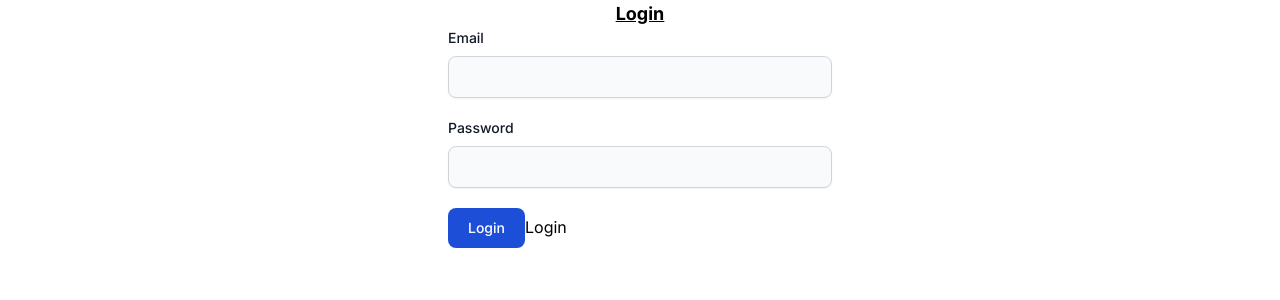
Repository: fatimash2123/next-todo
Page: /login
The author's editor kept a copy of each file at every save. The page is drawn from the files as they stood at one save, then again after the next save.
The browser window is 1280 px wide. The pictures show the whole page.
The project was rebuilt for these pictures with package versions that can differ from the ones it lists, and the page was loaded fresh each time. The framework's server and built-in components were replaced by stand-ins that run in the browser. Also part of the build but not shown: next.config.mjs.

Above is the page before, as saved 2024-02-14 12:33:35.

### app/login/page.tsx
import Input from "@/components/Input";
import Button from "@/components/Button";
import MainHeading from "@/components/MainHeading";
import LoginForm from "@/components/LoginForm";
export default function Register() {
  return (
    <>
      <MainHeading title={"Login"} />
      <LoginForm />
    </>
  );
}

### components/MainHeading.tsx
interface MainHeadingProps {
  title: string;
}

export default function ({ title }: MainHeadingProps) {
  return (
    <h1 className="font-bold text-lg text-center text-3xl underline">
      {title}
    </h1>
  );
}

### components/LoginForm.tsx
"use client";
import Input from "./Input";
import Button from "./Button";
import login from "@/store/authentication/login";
import { useFormState, useFormStatus } from "react-dom";
export default function LoginForm() {
  // @ts-ignore
  const [errorMessage, dispatch] = useFormState(login);
  console.log("errorMessage", errorMessage);
  return (
    <form className="max-w-sm mx-auto" action={dispatch}>
      <Input title={"Email"} type={"email"} name={"email"} />
      <Input title={"Password"} type={"password"} name={"password"} />
      {/*  @ts-ignore */}
      {/* <div>{errorMessage && <p>{errorMessage} ii</p>}</div> */}
      {errorMessage && (
        <div
          className="p-4 mb-4 text-sm text-red-800 rounded-lg bg-red-50"
          role="alert"
        >
          {errorMessage}
        </div>
      )}
      <Button title={"Login"} />
      <LoginButton />
    </form>
  );
}

function LoginButton() {
  const { pending } = useFormStatus();
  console.log("pending=", pending);
  return (
    <button aria-disabled={pending} type="submit">
      Login
    </button>
  );
}

### components/Input.tsx
import { forwardRef } from "react";

interface InputProps {
  title: string;
  type: string;
  name: string;
}
const Input = function ({ title, type, name }: InputProps) {
  return (
    <div className="mb-5">
      <label
        htmlFor={name}
        className="block mb-2 text-sm font-medium text-gray-900 dark:text-white"
      >
        {title}
      </label>
      <input
        type={type}
        name={name}
        id={name}
        // ref={ref}
        className="shadow-sm bg-gray-50 border border-gray-300 text-gray-900 text-sm rounded-lg focus:ring-blue-500 focus:border-blue-500 block w-full p-2.5 dark:bg-gray-700 dark:border-gray-600 dark:placeholder-gray-400 dark:text-white dark:focus:ring-blue-500 dark:focus:border-blue-500 dark:shadow-sm-light"
      />
    </div>
  );
};
export default Input;

### components/Button.tsx
"use client";
interface ButtonProps {
  title: string;
  handleOnClick?: any;
}

const Button = ({ title, handleOnClick }: ButtonProps) => {
  return (
    <button
      type="submit"
      className="text-white bg-blue-700 hover:bg-blue-800 focus:ring-4 focus:outline-none focus:ring-blue-300 font-medium rounded-lg text-sm px-5 py-2.5 text-center dark:bg-blue-600 dark:hover:bg-blue-700 dark:focus:ring-blue-800"
      // onClick={(event) => {
      //   event.preventDefault();
      //   handleOnClick();
      // }}
    >
      {title}
    </button>
  );
};

export default Button;

### store/authentication/login.tsx
"use server";
interface LoginUser {
  email: string;
  password: string;
}
async function login(previousState: any, formData: FormData) {
  console.log("formData", formData);
  try {
    const data = await fetch("http://localhost:3001/api/auth/login", {
      method: "POST",
      body: formData,
    });
    console.log("login pressed response");
    console.log("response got back=", await data.json());
    if (data.status !== 200) {
      throw new Error("User not Found");
    }
    // return "User Found";
  } catch (err: any) {
    console.log(err.message);
    return "User Not Found";
    // throw new Error("User not Found");
  }
}

// export async function authenticate({ email, password }: LoginUser) {
//   try {
//     var formData = new FormData();
//     formData.append("email", email);
//     formData.append("phone", password);
//     await login("credentials", formData);
//   } catch (error) {
//     if (error) {
//       switch (error.type) {
//         case "CredentialsSignin":
//           return "Invalid credentials.";
//         default:
//           return "Something went wrong.";
//       }
//     }
//     throw error;
//   }
// }

export default login;

### tailwind.config.js
/** @type {import('tailwindcss').Config} */
module.exports = {
  content: [
    "./app/**/*.{js,ts,jsx,tsx,mdx}",
    "./components/**/*.{js,ts,jsx,tsx,mdx}",
  ],
  theme: {
    extend: {},
  },
  plugins: [],
}

Loaded but not shown: app/layout.tsx (common file); app/globals.css (common file)

After the next save:
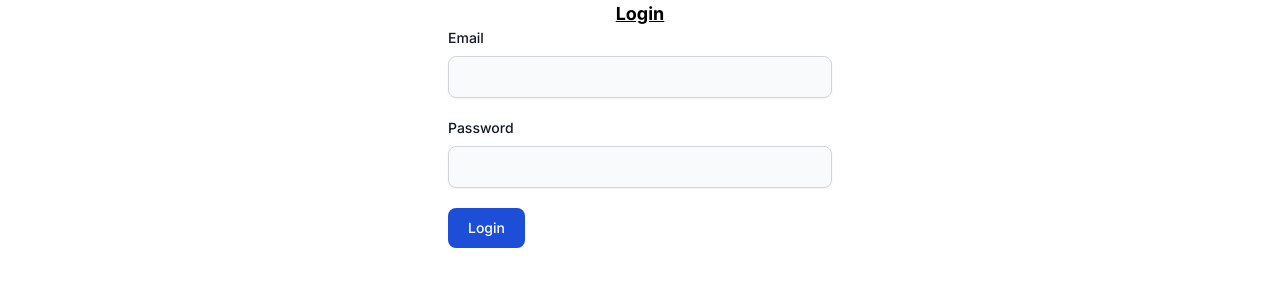
Saved 2 min 46 s later.
--- a/components/LoginForm.tsx
+++ b/components/LoginForm.tsx
@@ -22,17 +22,6 @@ export default function LoginForm() {
         </div>
       )}
       <Button title={"Login"} />
-      <LoginButton />
     </form>
   );
 }
-
-function LoginButton() {
-  const { pending } = useFormStatus();
-  console.log("pending=", pending);
-  return (
-    <button aria-disabled={pending} type="submit">
-      Login
-    </button>
-  );
-}
